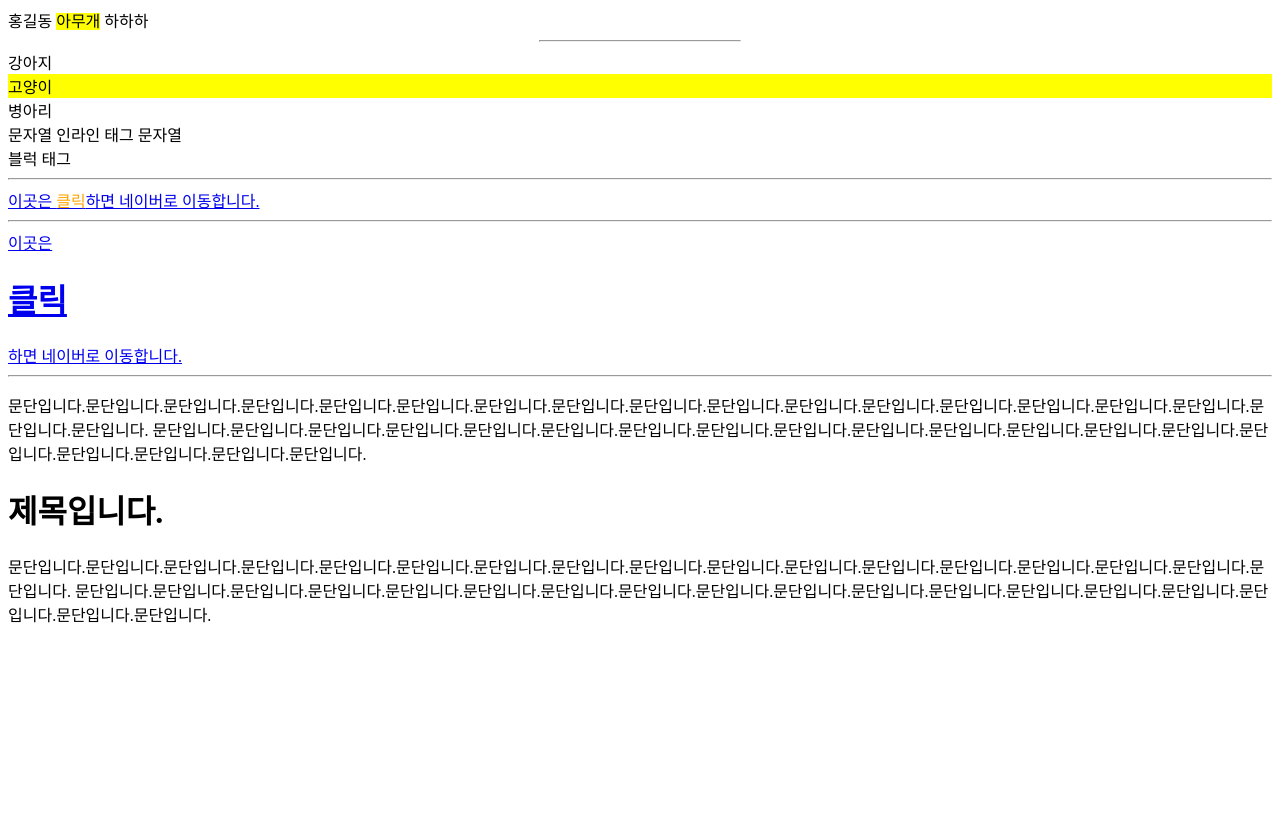
Repository: kmd192kmd/Web
Page: html/HtmlTest/src/main/webapp/ex11_tag.html
These files come from the project's save history. The page is drawn as it stood at one moment and after a run of saves; the edit follows.
The browser window is 1280 px wide. The pictures show the whole page.

Above is the page before, as saved 2026-02-13 03:12:30.

After the next 2 saves:
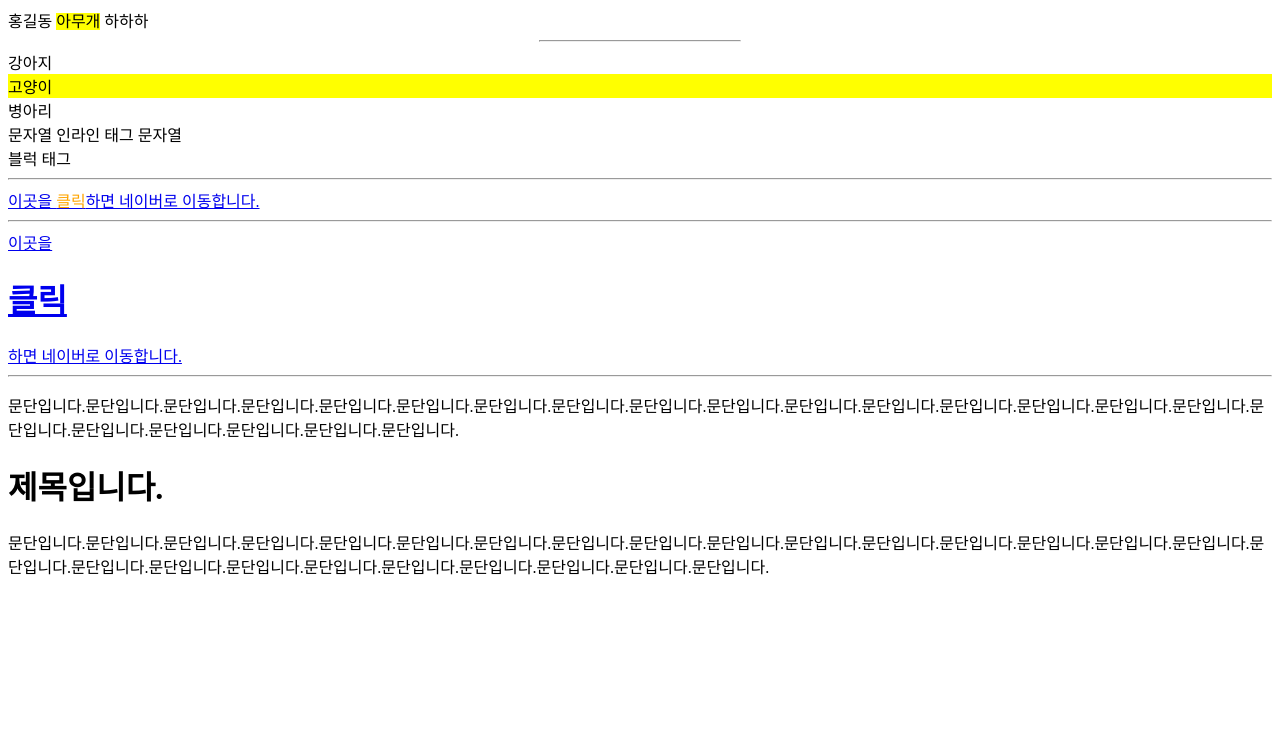
The 2 saves are shown as one change because they came seconds apart.
The last was saved 10 s later.
--- a/html/HtmlTest/src/main/webapp/ex11_tag.html
+++ b/html/HtmlTest/src/main/webapp/ex11_tag.html
@@ -4,13 +4,15 @@
 <meta charset="UTF-8">
 <title>Insert title here</title>
 <style>
-	#f2, #d2{
+
+	#f2, #d2 {
 		background-color: yellow;
 	}
+
 </style>
 </head>
 <body>
-
+	<!-- ex11_tag.html -->
 	<!--
 
 		태그의 성질
@@ -19,12 +21,14 @@
 		- 모든 태그는 두 분류 중 하나에 속한다.
 		- 태그가 랜더링(Rendering,출력)될 때 나타나는 특징에 따른 분류
 
+
 		인라인 태그, Inline Tag
 		- 결과: 자신의 내용물과 앞뒤로 인접한 다른 태그의 내용물을 같은 라인에 출력한다.
-		- 원인:
+		- 원인
 			- 자신 영역의 너비가 항상 내용물의 너비와 같다.
-			- 자신 영역의 높이가 항상 내용물의 높이와 같다.
+			- 자신 영역의 높이가 항상 내용물의 높비와 같다.
 		- 출력되는 내용물 역할
+
 
 		블럭 태그, Block Tag
 		- 결과: 자신의 내용물과 앞뒤로 인접한 다른 태그의 내용물을 다른 라인에 출력한다.
@@ -34,28 +38,24 @@
 		- 출력되는 구조 역할 > 레이아웃
 
 
+
 		태그 중첩 규칙
 		1. 블럭 태그는 자식으로 다른 블럭 태그를 가질 수 있다.
 		2. 블럭 태그는 자식으로 다른 인라인 태그를 가질 수 있다.
 		3. 인라인 태그는 자식으로 다른 블럭 태그를 가질 수 없다.(*****)
 		4. 인라인 태그는 자식으로 다른 인라인 태그를 가질 수 있다.
-		5. 블럭 태그 중 <p> 태그만은 자식으로 블럭 태그를 가질 수 없다.
+		5. 블럭 태그 중 <p> 태그만은 자식으로 블럭 태그를 가질 없다.
 
 
-		디자인
 
-	 -->
+		1. 개발자
+		2. 디자이너
 
-	<!-- <font>폰트</font>
-	<a href="">링크</a>
-	<b>볼드체</b>
 
-	<hr>
 
-	<p>문단</p>
-	<h1>제목</h1>
-	<div>영역</div>
-	 -->
+
+
+	-->
 
 	<font>홍길동</font>
 	<font id="f2">아무개</font>
@@ -68,6 +68,18 @@
 	<div>병아리</div>
 
 
+	<!--
+	<font>폰트</font>
+	<a href="">링크</a>
+	<b>볼드체</b>
+
+	<hr>
+
+	<p>문단</p>
+	<h1>제목</h1>
+	<div>영역</div>
+	-->
+
 	<div>
 		문자열
 		<font>인라인 태그</font>
@@ -77,20 +89,20 @@
 
 	<hr>
 
-	<a href="https://naver.com">이곳은 <font color="orange">클릭</font>하면 네이버로 이동합니다.</a>
+	<a href="https://naver.com">
+		이곳을 <font color="orange">클릭</font>하면 네이버로 이동합니다.
+	</a>
 
 	<hr>
 
-	<a href="https://naver.com">이곳은 <h1>클릭</h1>하면 네이버로 이동합니다.</a>
+	<a href="https://naver.com">
+		이곳을 <h1>클릭</h1>하면 네이버로 이동합니다.
+	</a>
 
 	<hr>
 
-	<p>문단입니다.문단입니다.문단입니다.문단입니다.문단입니다.문단입니다.문단입니다.문단입니다.문단입니다.문단입니다.문단입니다.문단입니다.문단입니다.문단입니다.문단입니다.문단입니다.문단입니다.문단입니다.
-	문단입니다.문단입니다.문단입니다.문단입니다.문단입니다.문단입니다.문단입니다.문단입니다.문단입니다.문단입니다.문단입니다.문단입니다.문단입니다.문단입니다.문단입니다.문단입니다.문단입니다.문단입니다.문단입니다.
-	<h1>제목입니다.</h1>문단입니다.문단입니다.문단입니다.문단입니다.문단입니다.문단입니다.문단입니다.문단입니다.문단입니다.문단입니다.문단입니다.문단입니다.문단입니다.문단입니다.문단입니다.문단입니다.문단입니다.
-	문단입니다.문단입니다.문단입니다.문단입니다.문단입니다.문단입니다.문단입니다.문단입니다.문단입니다.문단입니다.문단입니다.문단입니다.문단입니다.문단입니다.문단입니다.문단입니다.문단입니다.문단입니다.</p>
+	<p>문단입니다.문단입니다.문단입니다.문단입니다.문단입니다.문단입니다.문단입니다.문단입니다.문단입니다.문단입니다.문단입니다.문단입니다.문단입니다.문단입니다.문단입니다.문단입니다.문단입니다.문단입니다.문단입니다.문단입니다.문단입니다.문단입니다.<h1>제목입니다.</h1>문단입니다.문단입니다.문단입니다.문단입니다.문단입니다.문단입니다.문단입니다.문단입니다.문단입니다.문단입니다.문단입니다.문단입니다.문단입니다.문단입니다.문단입니다.문단입니다.문단입니다.문단입니다.문단입니다.문단입니다.문단입니다.문단입니다.문단입니다.문단입니다.문단입니다.문단입니다.</p>
 
-	<br><br><br><br><br><br><br><br><br><br>
-
+	<br><br><br><br><br><br><br><br>
 </body>
 </html>
